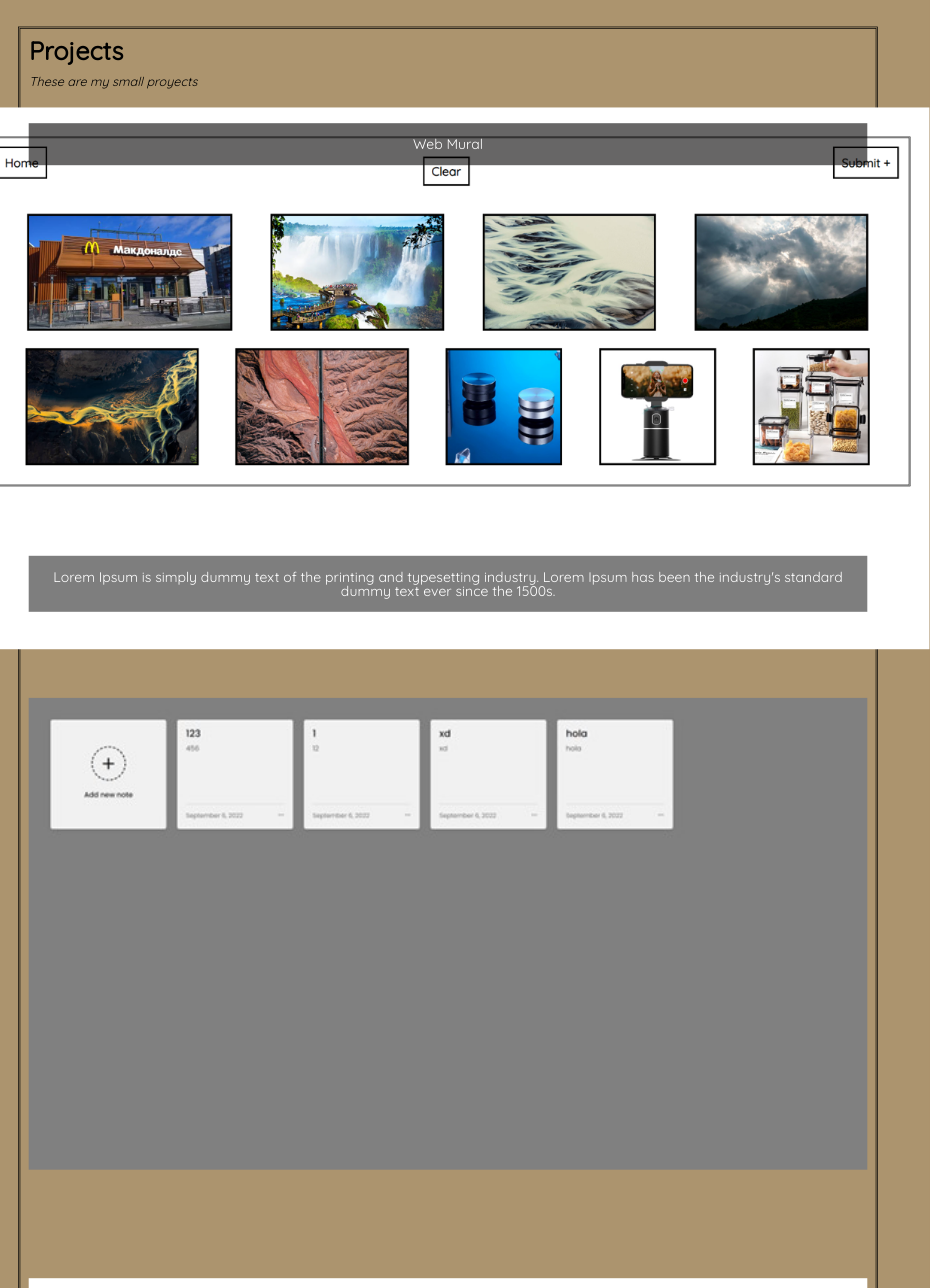
Repository: rickypcyt/ricky-react-portfolio
Page: /Projects
These files come from the project's save history. The page is drawn as it stood at one moment and after the next save; the edit follows.
The browser window is 1280 px wide. The page is 1328 px wide, then 1280 px, so the pictures cover 1328 px, including what lies to the right of the window. The pictures show the part of the page from y = 0 to 1840 px (the page is 5124 px tall), at 70% of full size.
The pointer rests on the first visible `img`.
The project was rebuilt for these pictures with package versions that can differ from the ones it lists, and the page was loaded fresh each time. Also part of the build but not shown: src/Content.js, src/pages/Info.js, src/pages/Contact.js, src/pages/WebMural.js, src/pages/NotesJS.js.

Above is the page before, as saved 2022-09-12 12:33:48.

### src/index.js
import React from "react";
import ReactDOM from "react-dom/client";
import "./index.css";
import App from "./App";
import reportWebVitals from "./reportWebVitals";
import { BrowserRouter, Routes, Route, Switch } from "react-router-dom";

const root = ReactDOM.createRoot(document.getElementById("root"));
root.render(
  <React.StrictMode>
    <BrowserRouter>
      <App />
    </BrowserRouter>
  </React.StrictMode>
);

// If you want to start measuring performance in your app, pass a function
// to log results (for example: reportWebVitals(console.log))
// or send to an analytics endpoint. Learn more: https://bit.ly/CRA-vitals
reportWebVitals();

### src/index.css
@import url("https://fonts.googleapis.com/css2?family=Quicksand");

input[type="file"] {
  display: none;
}
.container {
  top: 0%;
  left: 0%;
}
::marker {
  display: none;
}
.image-container {
  width: 100%;
  margin: auto;
  display: flex;
  flex-direction: row;
  justify-content: space-evenly;
  gap: 15px;
  padding: 10px;
}
body {
  line-height: 1;
  font-family: "Quicksand";
  font-size: large;
  margin: 2%;
  padding: 1%;
  border-style: double;
  margin-top: 3%;
  background: #ac946e;
}
ol {
  list-style: none;
  display: flex;
  padding: 0;
  justify-content: space-between;
  align-items: flex-start;
  display: flex;
  flex-wrap: wrap;
  align-content: center;
}
.content {
  position: absolute;
  right: calc(var(--pad) * 2);
  bottom: calc(var(--pad) * 2);
  white-space: nowrap;
}
.parrafo {
  line-height: 1.5;
  text-align: end;
  font-size: larger;
}
.parrafo span {
  display: block;
}
.titulo {
  margin: 0;
}
.oli {
  font-weight: bold;
  border-style: solid;
  font-size: x-large;
  padding: 1ch;
}
.descripcion {
  font-weight: lighter;
  font-style: oblique;
}
.oli:hover {
  color: black;
  border-style: dotted;
}
.page {
  padding-top: 2%;
  padding-bottom: 3%;
}
.pageContact {
  padding-top: 8%;
  padding-bottom: 9%;
}
.cabeceranavi {
  padding-bottom: 1%;
}
p {
  font-weight: bold;
}
a {
  color: black;
  text-decoration: none;
  padding: 0ch;
}
span {
  font-size: larger;
}
li {
  width: 7%;
  height: 10%;
}
ul {
  list-style-type: none;
  margin: 0%;
  display: flex;
  align-items: center;
  flex-direction: row;
  padding-top: 5%;
  padding-bottom: 5%;
  padding-left: 0%;
  justify-content: space-around;
}
.imagenes {
  display: block;
  height: auto;
  padding-top: 5%;
  padding-bottom: 5%;
}

.imagenesproyect {
  position: relative;
}
.fixer {
  display: flex;
  flex-direction: row;
  justify-content: space-evenly;
  padding-bottom: 3%;
}
.overlay {
  position: absolute;
  top: 0.83cm;

  background: rgb(0, 0, 0);
  background: rgb(2, 0.3, 0.9, 0.6); /* Black see-through */
  color: #f1f1f1;
  width: 100%;
  transition: 0.5s ease;
  color: white;
  text-align: center;
  font-size: 20px;
  padding-top: 20px;
  padding-bottom: 20px;
  opacity: 0;
}
.imagenesproyect:hover .overlay {
  opacity: 1;
}
.overlay2 {
  position: absolute;
  bottom: 8%;
  background: rgb(0, 0, 0);
  background: rgba(40, 40, 40, 0.6); /* Black see-through */
  color: #f1f1f1;
  width: 100%;
  transition: 0.5s ease;
  color: white;
  text-align: center;
  font-size: 20px;
  padding-top: 20px;
  padding-bottom: 20px;
  opacity: 0;
}
.imagenesproyect:hover .overlay2 {
  opacity: 1;
}

.homeinfo {
  font-size: x-large;
}

@media screen and (max-width: 1340px) {
  .fixer {
    flex-direction: column;
    justify-content: center;
  }
  .imagenes {
    height: auto;
    width: 100%;
  }
  ol {
  }
}

.image-container {
  width: auto;
  margin: auto;
  /* display: flex; */
  flex-wrap: wrap;
  gap: 15px;
  padding: 10px;
}

.image-container img {
  max-width: 100%;
  max-height: 225px;
}

.container .image-container .image {
  border: 4px solid black;
  overflow: hidden;
  /* cursor: pointer; */
}

.container .image-container .image img {
  height: 100%;
  width: 100%;
}
@media (max-width: 700px) {
  .image-container img {
    max-height: -10px;
  }
}

img:hover {
  transform: scale(1.15); /* (150% zoom - Note: if the zoom is too large, it will go outside of the viewport) */
}

### src/App.js
import Content from "./Content";
import Info from "./pages/Info";
import Projects from "./pages/Projects";
import Contact from "./pages/Contact";
import WebMural from "./pages/WebMural";
import NotesJS from "./pages/NotesJS";
import { Route, Routes, Switch } from "react-router-dom";

function App() {
  return (
    <>
      <Routes>
        <Route path="/" element={<Content />}/>
        <Route path="/Projects" element={<Projects />} />
        <Route path="/Info" element={<Info />} />
        <Route path="/Contact" element={<Contact />} />
        <Route path="/WebMural" element={<WebMural />} />
        <Route path="/NotesJS" element={<NotesJS />} />
      </Routes>
    </>
  );
}
export default App;

### src/pages/Projects.js
import { Link, useMatch, useResolvedPath } from "react-router-dom";
import webmurals from "../images/webmurals.png"; // gives image path
import notesjs from "../images/notesjs.jpg"; // gives image path


export default function Projects() {
  return (
    <main>
      <main className="container">
        <div className="cabecera">
          <h1 className="titulo">Projects </h1>
          <p className="descripcion">These are my small proyects</p>
        </div>
        <div className="nuevoflex">
          <div className="fixer">
            <section className="imagenesproyect ">
              <Link to="../webmural">
                <img className="imagenes" src={webmurals} alt="this is car" />
                <div class="overlay">Web Mural</div>
                <div class="overlay2">
                  Lorem Ipsum is simply dummy text of the printing and
                  typesetting industry. Lorem Ipsum has been the industry's
                  standard dummy text ever since the 1500s.
                </div>
              </Link>
            </section>
            <section className="imagenesproyect ">
              <Link to="../notesjs">
                <img className="imagenes" src={notesjs} alt="this is car" />
                <div class="overlay">Notes</div>
                <div class="overlay2">
                  Lorem Ipsum is simply dummy text of the printing and
                  typesetting industry. Lorem Ipsum has been the industry's
                  standard dummy text ever since the 1500s.
                </div>
              </Link>
            </section>
          </div>
          <div className="fixer">
            <section className="imagenesproyect ">
              <Link to="../info">
                <img className="imagenes" src={webmurals} alt="this is car" />
                <div class="overlay">Web Mural</div>
                <div class="overlay2">
                  Lorem Ipsum is simply dummy text of the printing and
                  typesetting industry. Lorem Ipsum has been the industry's
                  standard dummy text ever since the 1500s.
                </div>
              </Link>
            </section>
            <section className="imagenesproyect ">
              <Link to="../info">
                <img className="imagenes" src={webmurals} alt="this is car" />
                <div class="overlay">Web Mural</div>
                <div class="overlay2">
                  Lorem Ipsum is simply dummy text of the printing and
                  typesetting industry. Lorem Ipsum has been the industry's
                  standard dummy text ever since the 1500s.
                </div>
              </Link>
            </section>
          </div>
          <div className="fixer">
            <section className="imagenesproyect ">
              <Link to="../info">
                <img className="imagenes" src={webmurals} alt="this is car" />
                <div class="overlay">Web Mural</div>
                <div class="overlay2">
                  Lorem Ipsum is simply dummy text of the printing and
                  typesetting industry. Lorem Ipsum has been the industry's
                  standard dummy text ever since the 1500s.
                </div>
              </Link>
            </section>
            <section className="imagenesproyect ">
              <Link to="../info">
                <img className="imagenes" src={webmurals} alt="this is car" />
                <div class="overlay">Web Mural</div>
                <div class="overlay2">
                  Lorem Ipsum is simply dummy text of the printing and
                  typesetting industry. Lorem Ipsum has been the industry's
                  standard dummy text ever since the 1500s.
                </div>
              </Link>
            </section>
          </div>
          <nav className="cabeceranavi">
            <ol>
              <CustomLink to="/" className="oli">
                Home
              </CustomLink>
            </ol>
          </nav>
        </div>
      </main>
    </main>
  );
}

function CustomLink({ to, children, ...props }) {
  const resolvedPath = useResolvedPath(to);
  const isActive = useMatch({ path: resolvedPath.pathname, end: true });
  return (
    <li className={isActive ? "active" : ""}>
      <Link to={to} {...props}>
        {children}
      </Link>
    </li>
  );
}

Loaded but not shown: public/index.html (common file); src/reportWebVitals.js (common file); public/manifest.json (common file)

After the next save:
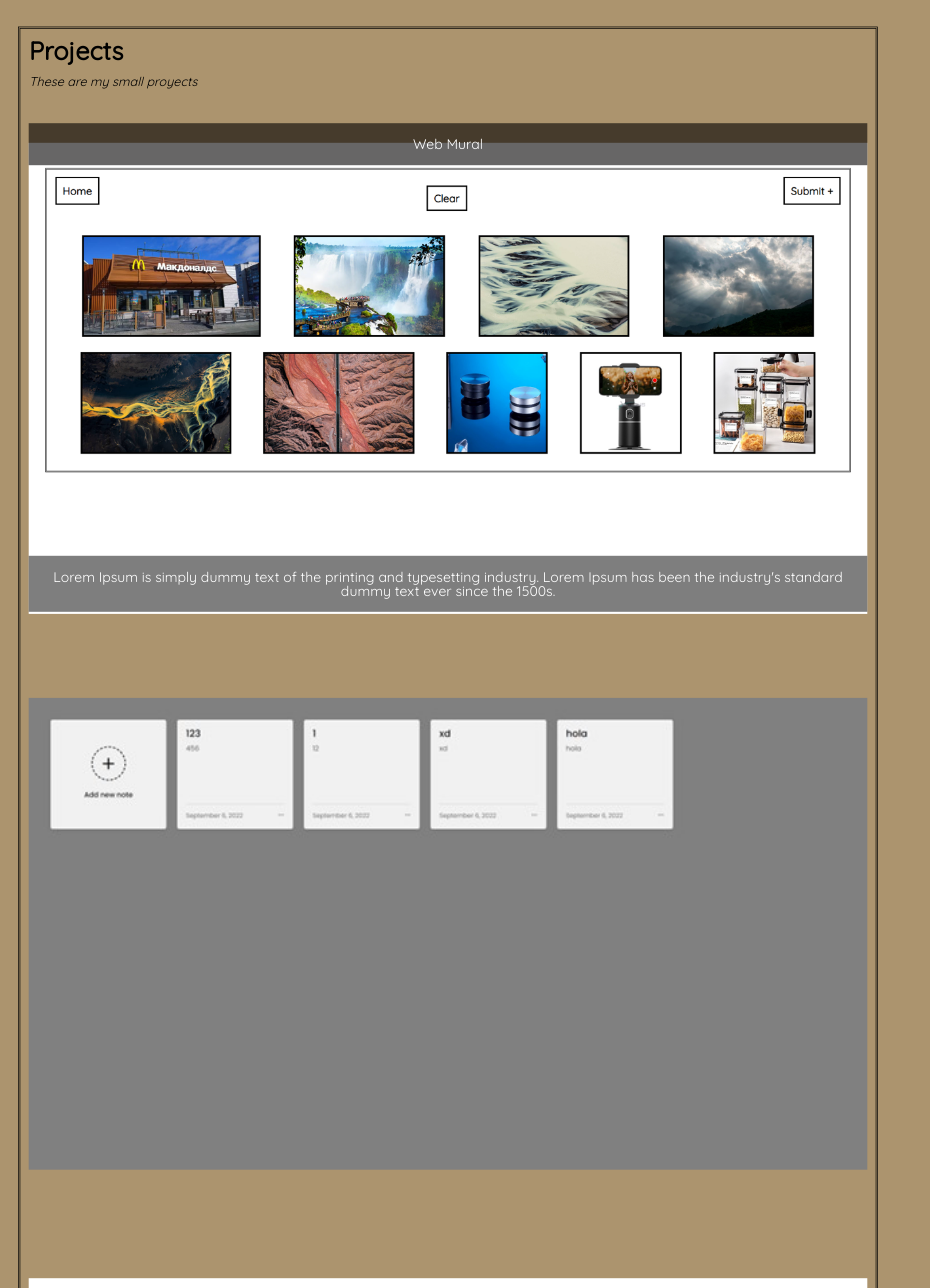
Saved 4 min 50 s later.
--- a/src/index.css
+++ b/src/index.css
@@ -207,7 +207,3 @@
     max-height: -10px;
   }
 }
-
-img:hover {
-  transform: scale(1.15); /* (150% zoom - Note: if the zoom is too large, it will go outside of the viewport) */
-}
